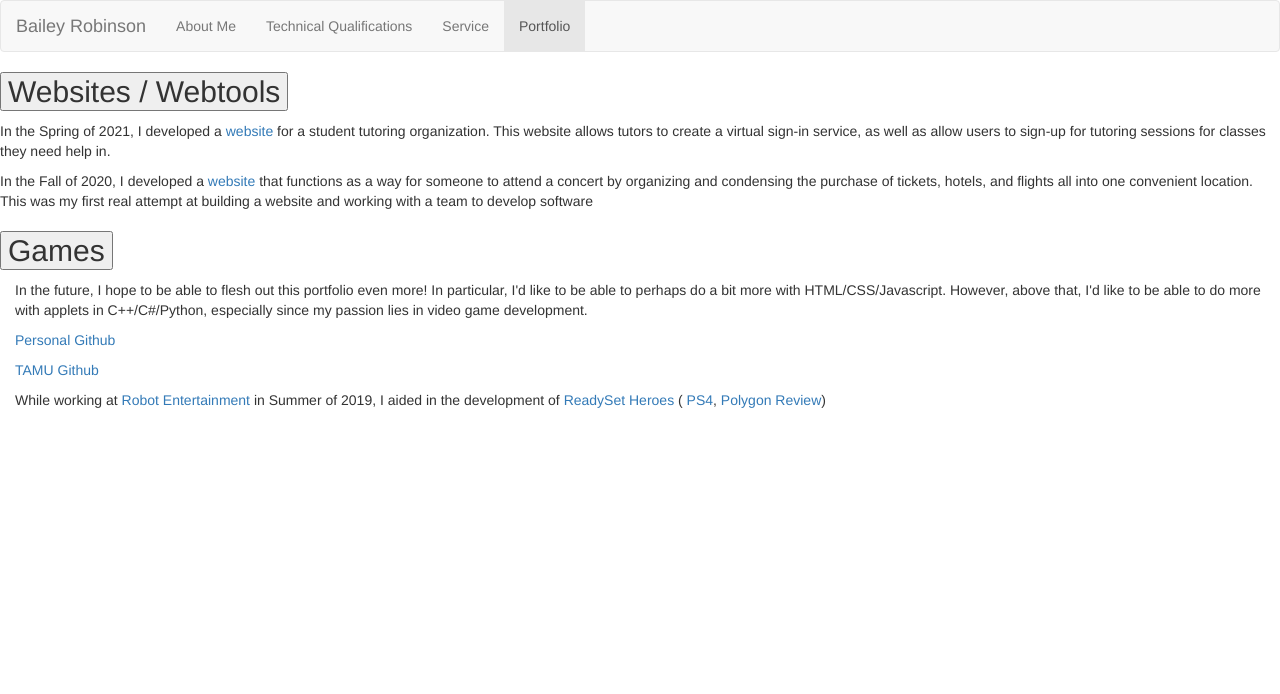
Repository: baileyjrob/personal_website
Page: portfolio.html
An editor plug-in stored every save of this project. The page is shown before and after the next save, followed by the edit.
The browser window is 1280 px wide. The pictures show the whole page.

Above is the page before, as saved 2022-04-20 13:12:54.

### portfolio.html
<!DOCTYPE html>
<html lang=en>

<head>
    <title>Bailey Robinson</title>
    <meta charset="utf-8">
    <meta name="viewport" content="width=device-width, initial-scale=1">
    <!-- Latest compiled and minified CSS -->
    <link rel="stylesheet" href="https://maxcdn.bootstrapcdn.com/bootstrap/3.4.1/css/bootstrap.min.css">

    <!-- jQuery library -->
    <script src="https://ajax.googleapis.com/ajax/libs/jquery/3.5.1/jquery.min.js"></script>

    <!-- Latest compiled JavaScript -->
    <script src="https://maxcdn.bootstrapcdn.com/bootstrap/3.4.1/js/bootstrap.min.js"></script>
</head>

<body>
    <nav class="navbar navbar-default">
        <div class="container-fluid">
            <div class="navbar-header">
                <a class="navbar-brand" href="index.html">Bailey Robinson</a>
            </div>
            <ul class="nav navbar-nav">
                <li><a href="about.html">About Me</a></li>
                <li><a href="techqual.html">Technical Qualifications</a></li>
                <li><a href="service.html">Service</a></li>
                <li class="active"><a href="portfolio.html">Portfolio</a></li>
            </ul>
        </div>
    </nav>
    <div class="accordion" id="accordionFields">
        <div class="accordion-item">
            <h2 class="accordion-header" id="headingWeb">
                <button class="accordion-button" type="button" data-bs-toggle="collapse" data-bs-target="#collapseOne"
                    aria-expanded="true" aria-controls="collapseOne">
                    Websites / Webtools
                </button>
            </h2>
            <div id="collapseOne" class="accordion-collapse collapse show" aria-labelledby="headingWeb"
                data-bs-parent="#accordionExample">
                <div class="accordion-body">
                    <p>In the Spring of 2021, I developed a <a href="https://ortutoring.herokuapp.com/">website</a> for
                        a student
                        tutoring
                        organization. This website allows tutors to create a virtual sign-in service, as well as allow
                        users to sign-up
                        for
                        tutoring sessions for classes they need help in.
                    </p>
                    <p>In the Fall of 2020, I developed a <a href="secret.html">website</a> that functions as a way for
                        someone to
                        attend a concert by organizing and condensing the purchase of tickets, hotels, and flights all
                        into one convenient
                        location. This was my first real attempt at building a website and working with a team to
                        develop software </p>
                </div>
            </div>
        </div>
        <div class="accordion-item">
            <h2 class="accordion-header" id="headingGames">
                <button class="accordion-button collapsed" type="button" data-bs-toggle="collapse"
                    data-bs-target="#collapseTwo" aria-expanded="False" aria-controls="collapseTwo">
                    Games
                </button>
            </h2>
            <div id="collapseTwo" class="accordion-collapse collapse" aria-labelledby="headingGames"
                data-bs-parent="#accordionExample">
                <div class="accordion-body">
                    Placeholder
                </div>
            </div>
        </div>
    </div>
    <div class="container-fluid">
        <p> In the future, I hope to be able to flesh out this portfolio even more! In particular, I'd like to be able
            to
            perhaps do a bit more with HTML/CSS/Javascript. However, above that, I'd like to be able to do more with
            applets
            in
            C++/C#/Python, especially since my passion lies in video game development.</p>
        <p><a href="https://github.com/baileyjrob">Personal Github</a></p>
        <p><a href="https://github.tamu.edu/baileyjrob">TAMU Github</a></p>
        <p>While working at
            <a href="https://robotentertainment.com/">Robot Entertainment</a>
            in Summer of 2019, I aided in the development of
            <a href="https://www.epicgames.com/store/en-US/product/readyset-heroes/home">
                ReadySet Heroes</a> (
            <a href="https://www.playstation.com/en-us/games/readyset-heroes-ps4/">PS4</a>,
            <a
                href="https://www.polygon.com/2019/9/5/20851325/readyset-heroes-preview-release-date-pc-epic-ps4-trailer">
                Polygon Review</a>)
        </p>
    </div>
</body>

</html>

After the next save:
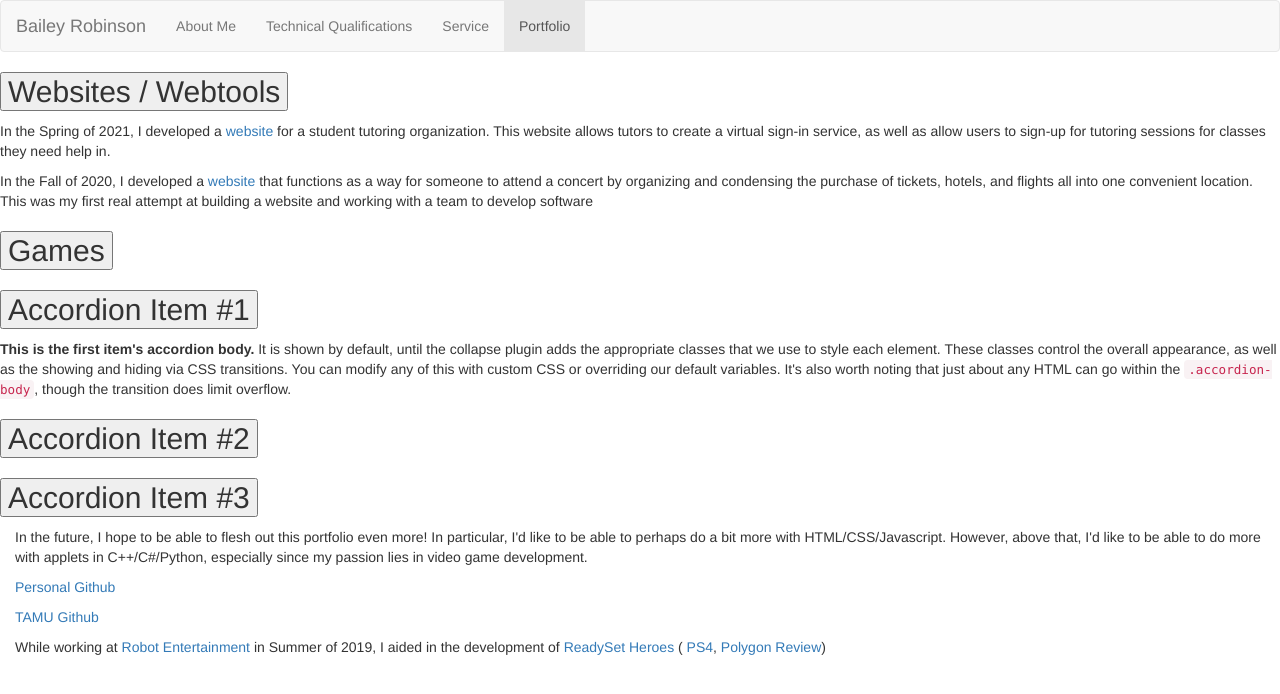
Saved 69 s later.
--- a/portfolio.html
+++ b/portfolio.html
@@ -72,6 +72,70 @@
             </div>
         </div>
     </div>
+    <div class="accordion" id="accordionExample">
+        <div class="accordion-item">
+            <h2 class="accordion-header" id="headingOne">
+                <button class="accordion-button" type="button" data-bs-toggle="collapse" data-bs-target="#collapseOne"
+                    aria-expanded="true" aria-controls="collapseOne">
+                    Accordion Item #1
+                </button>
+            </h2>
+            <div id="collapseOne" class="accordion-collapse collapse show" aria-labelledby="headingOne"
+                data-bs-parent="#accordionExample">
+                <div class="accordion-body">
+                    <strong>This is the first item's accordion body.</strong> It is shown by default, until the collapse
+                    plugin adds the appropriate classes that we use to style each element. These classes control the
+                    overall
+                    appearance, as well as the showing and hiding via CSS transitions. You can modify any of this with
+                    custom CSS or overriding our default variables. It's also worth noting that just about any HTML can
+                    go
+                    within the <code>.accordion-body</code>, though the transition does limit overflow.
+                </div>
+            </div>
+        </div>
+        <div class="accordion-item">
+            <h2 class="accordion-header" id="headingTwo">
+                <button class="accordion-button collapsed" type="button" data-bs-toggle="collapse"
+                    data-bs-target="#collapseTwo" aria-expanded="false" aria-controls="collapseTwo">
+                    Accordion Item #2
+                </button>
+            </h2>
+            <div id="collapseTwo" class="accordion-collapse collapse" aria-labelledby="headingTwo"
+                data-bs-parent="#accordionExample">
+                <div class="accordion-body">
+                    <strong>This is the second item's accordion body.</strong> It is hidden by default, until the
+                    collapse
+                    plugin adds the appropriate classes that we use to style each element. These classes control the
+                    overall
+                    appearance, as well as the showing and hiding via CSS transitions. You can modify any of this with
+                    custom CSS or overriding our default variables. It's also worth noting that just about any HTML can
+                    go
+                    within the <code>.accordion-body</code>, though the transition does limit overflow.
+                </div>
+            </div>
+        </div>
+        <div class="accordion-item">
+            <h2 class="accordion-header" id="headingThree">
+                <button class="accordion-button collapsed" type="button" data-bs-toggle="collapse"
+                    data-bs-target="#collapseThree" aria-expanded="false" aria-controls="collapseThree">
+                    Accordion Item #3
+                </button>
+            </h2>
+            <div id="collapseThree" class="accordion-collapse collapse" aria-labelledby="headingThree"
+                data-bs-parent="#accordionExample">
+                <div class="accordion-body">
+                    <strong>This is the third item's accordion body.</strong> It is hidden by default, until the
+                    collapse
+                    plugin adds the appropriate classes that we use to style each element. These classes control the
+                    overall
+                    appearance, as well as the showing and hiding via CSS transitions. You can modify any of this with
+                    custom CSS or overriding our default variables. It's also worth noting that just about any HTML can
+                    go
+                    within the <code>.accordion-body</code>, though the transition does limit overflow.
+                </div>
+            </div>
+        </div>
+    </div>
     <div class="container-fluid">
         <p> In the future, I hope to be able to flesh out this portfolio even more! In particular, I'd like to be able
             to
